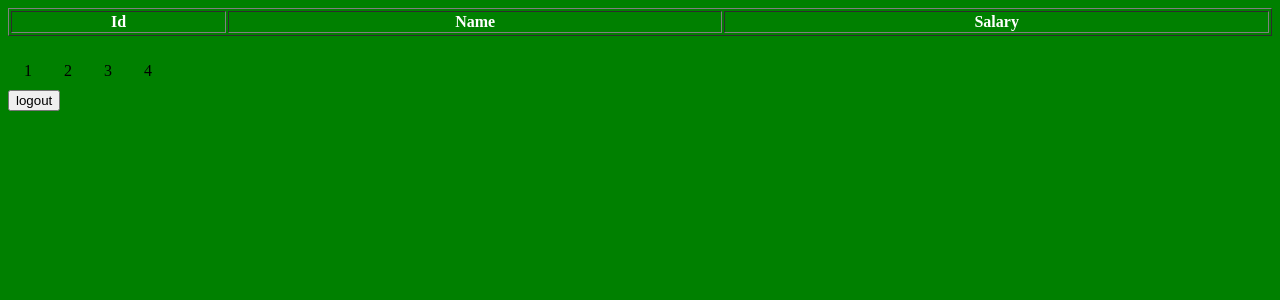
Repository: LSLParvathi/WebApplications
Page: http://localhost/Pagination/Resourses/jsp/first.jsp
The author's editor kept a copy of each file at every save. The page is drawn from the files as they stood at one save, then again after the next save.
The browser window is 1280 px wide. The pictures show the whole page.
The page is served by Tomcat 9. Queries for data that is not in the repository find no rows.

Above is the page before, as saved 2020-02-15 10:42:38.

After the next save:
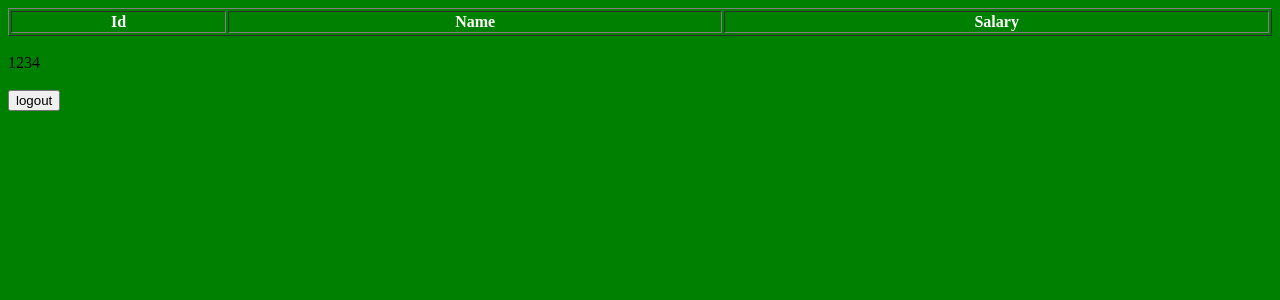
Saved 27 s later.
--- a/Pagination/WebContent/Resourses/css/first.css
+++ b/Pagination/WebContent/Resourses/css/first.css
@@ -23,7 +23,7 @@ th
   a {
   color: black;
   float: left;
-  padding: 8px 16px;
+
   text-decoration: none;
 
 }
